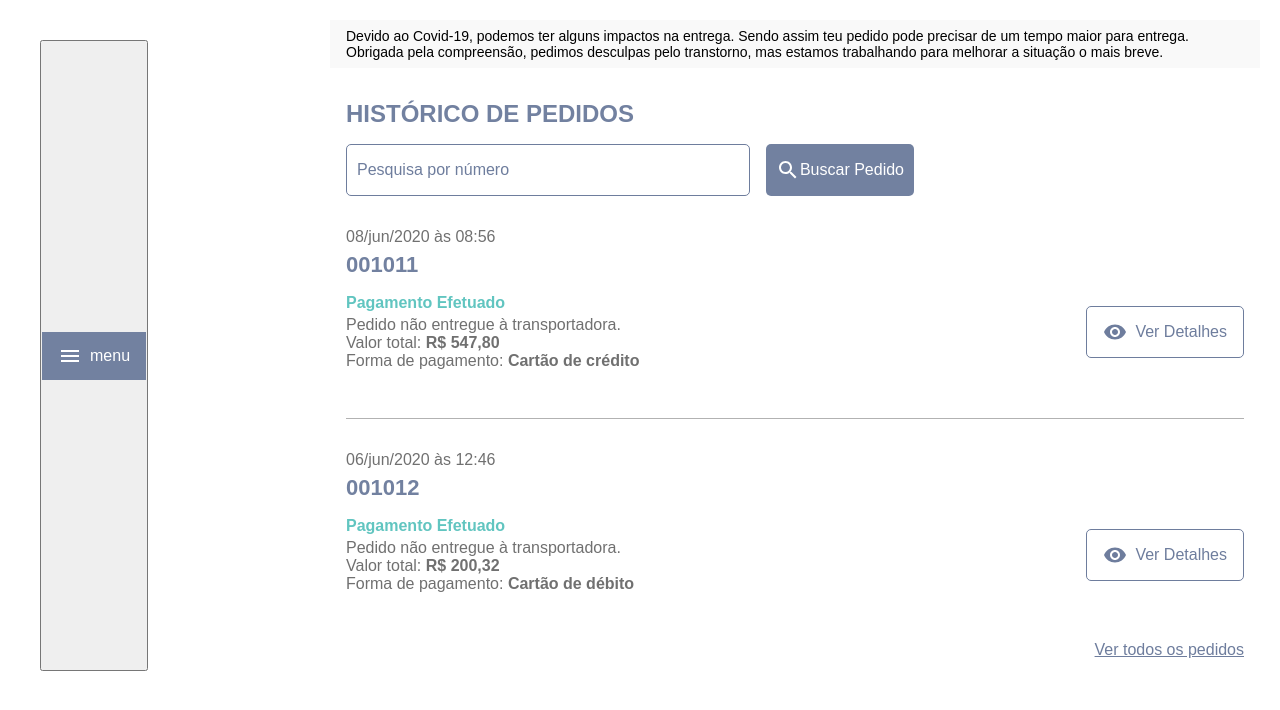
Repository: indiamarasiqueira/gestao-produto
Page: /
An editor plug-in stored every save of this project. The page is shown before and after the next save, followed by the edit.
The browser window is 1280 px wide. The pictures show the whole page.
The project was rebuilt for these pictures with package versions that can differ from the ones it lists, and the page was loaded fresh each time. Also part of the build but not shown: src/pages/generic/style.js, src/pages/generic/index.js, src/components/ModalMenu/index.js.

Above is the page before, as saved 2020-07-07 11:19:20.

After the next save:
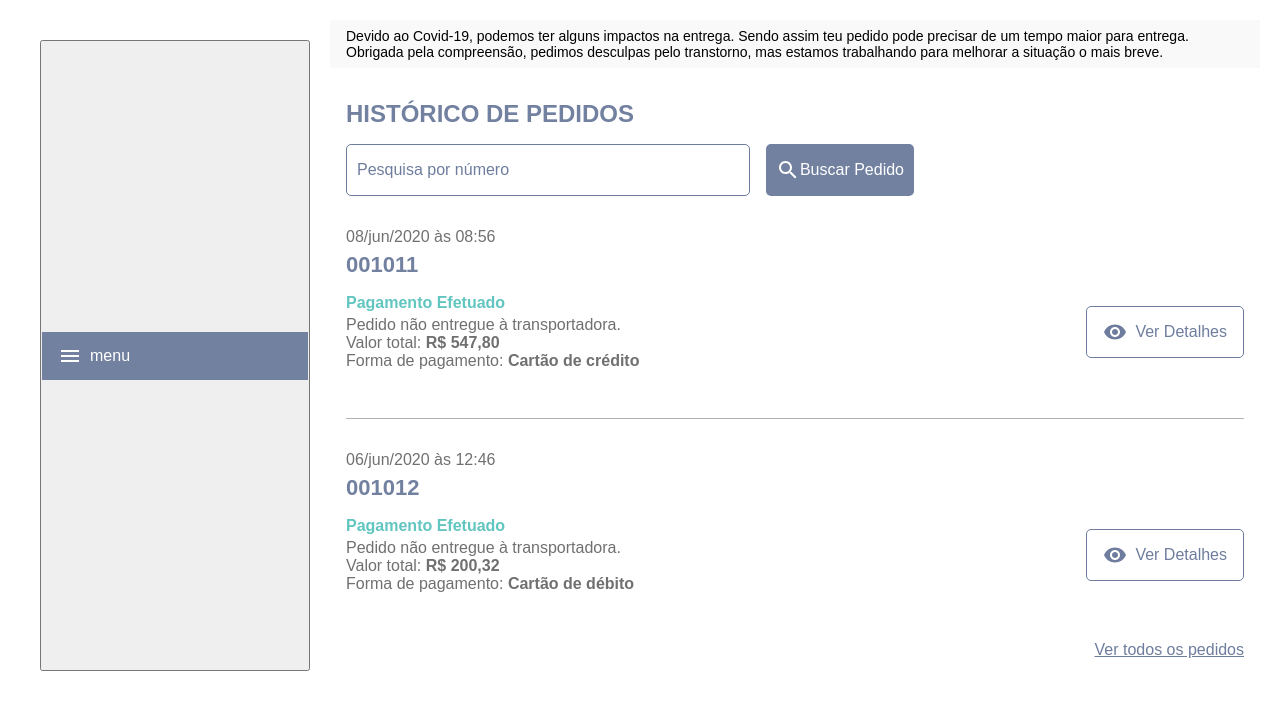
Saved 27 s later.
--- a/src/pages/orderHistory/style.js
+++ b/src/pages/orderHistory/style.js
@@ -18,7 +18,7 @@ export const OrderMenu = styled.div`
 export const MenuApp = styled.div`
   display: grid;
   justify-content: center;
-  grid-template-columns: 1fr 3fr;
+  grid-template-columns: 1fr;
   padding: 20px;
   box-sizing: border-box;
   height: 100%;
